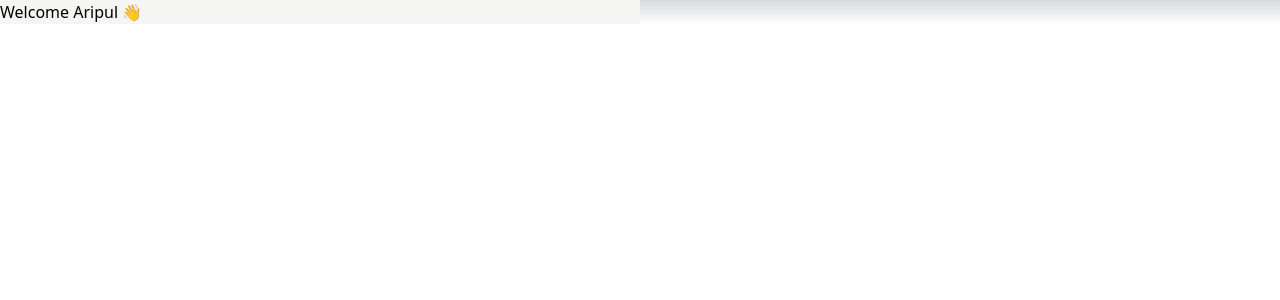
Repository: mehedi9465/nextapp
Page: /Dashboard
These files come from the project's save history. The page is drawn as it stood at one moment and after a run of saves; the edit follows.
The browser window is 1280 px wide. The pictures show the whole page.
The project was rebuilt for these pictures with package versions that can differ from the ones it lists, and the page was loaded fresh each time. The framework's server and built-in components were replaced by stand-ins that run in the browser. Also part of the build but not shown: next.config.js, Components/Navbar.js.

Above is the page before, as saved 2023-03-04 14:46:58.

### pages/Dashboard/index.js
import Navbar from "@/Components/Navbar";
import Link from "next/link";
import React from "react";

const index = () => {
  return (
    <>
      {/* <Navbar></Navbar> */}

      <div className="max-w-screen-sm bg-stone-100 text-black">
        <div className="flex">
          <h2>
            <span className="">Welcome</span> Aripul 👋
          </h2>
        </div>
        <div></div>
        <div></div>
      </div>
    </>
  );
};

export default index;

Loaded but not shown: pages/_app.js (common file); pages/_document.js (common file); styles/globals.css (common file); tailwind.config.js (common file)

After the next 3 saves:
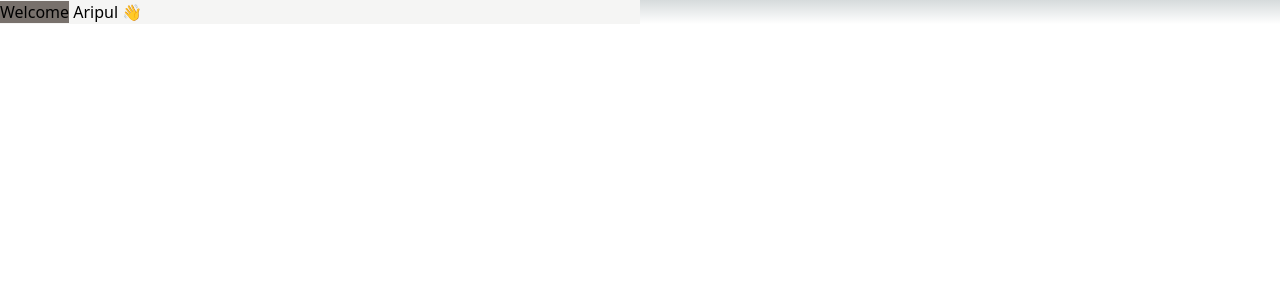
The 3 saves are shown as one change because they came seconds apart.
The last was saved 10 s later.
--- a/pages/Dashboard/index.js
+++ b/pages/Dashboard/index.js
@@ -10,7 +10,7 @@ const index = () => {
       <div className="max-w-screen-sm bg-stone-100 text-black">
         <div className="flex">
           <h2>
-            <span className="">Welcome</span> Aripul 👋
+            <span className="bg-stone-500">Welcome</span> Aripul 👋
           </h2>
         </div>
         <div></div>
